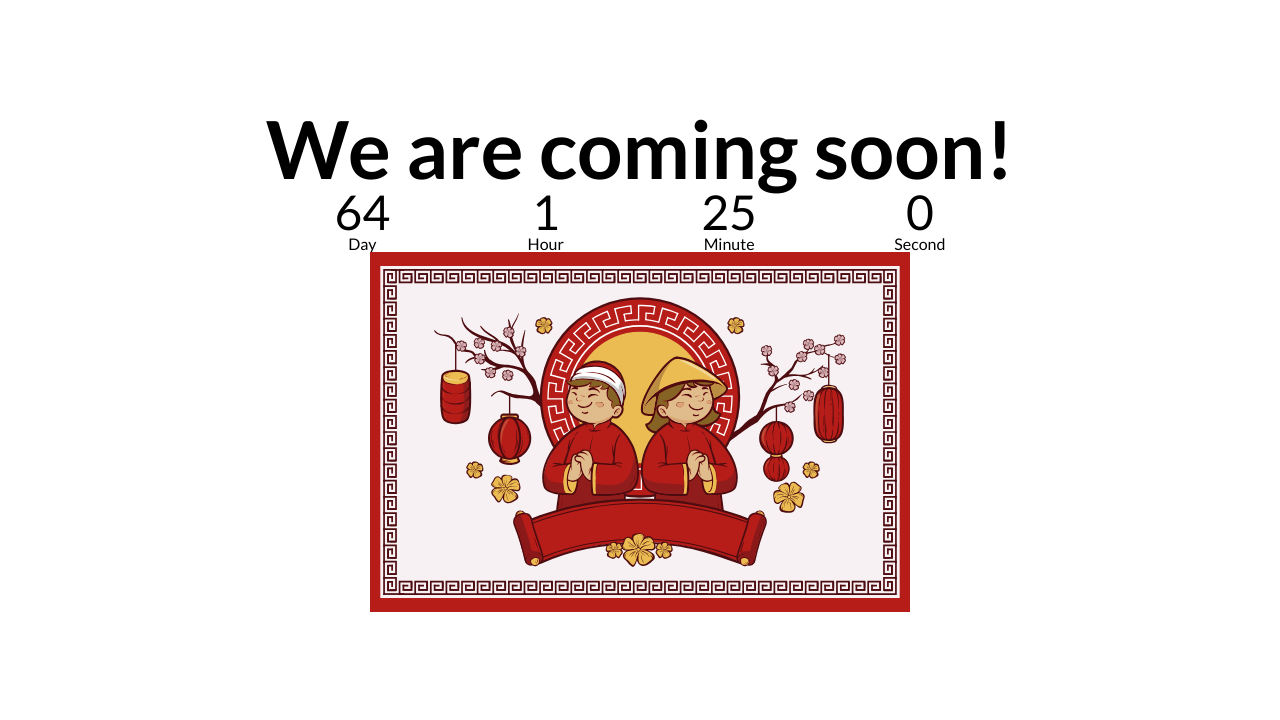
Repository: VuKh4nh/50Days_Por
Page: Day3 - Count_Down/indexl.html
An editor plug-in stored every save of this project. The page is shown before and after the next save, followed by the edit.
The browser window is 1280 px wide. The pictures show the whole page.

Above is the page before, as saved 2023-12-09 00:46:48.

After the next save:
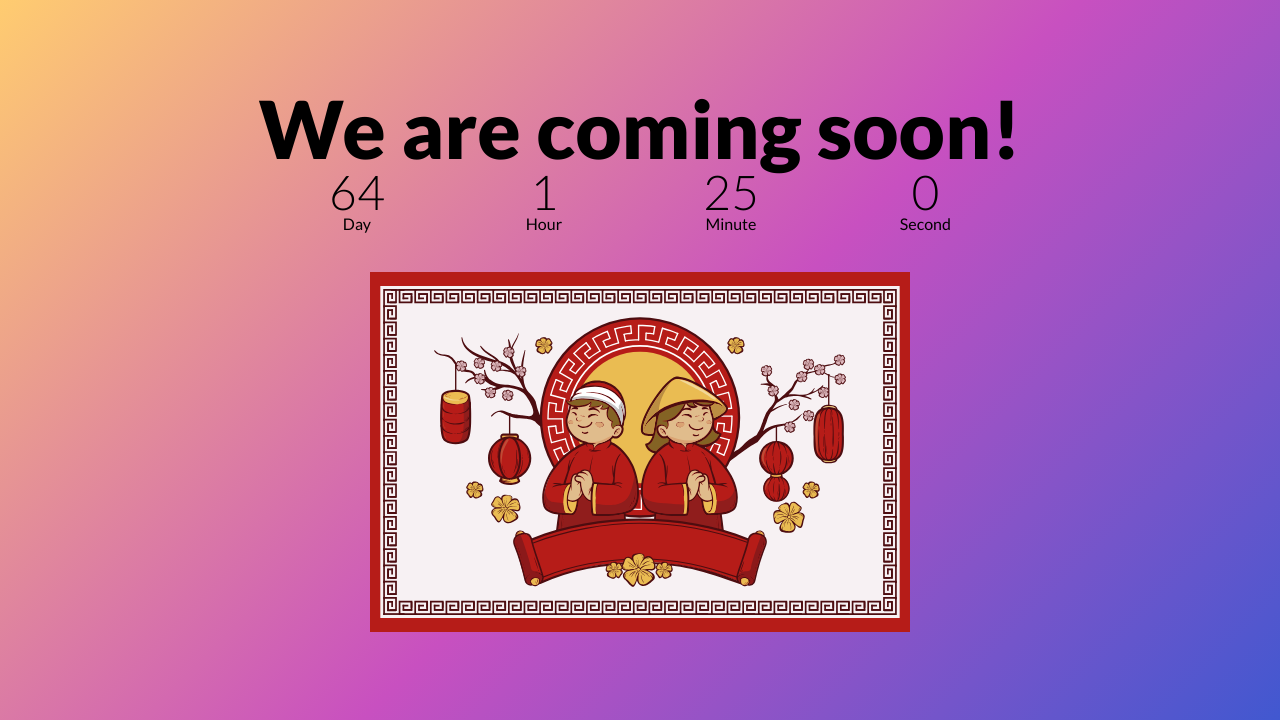
Saved 20 min 47 s later.
--- a/Day3 - Count_Down/assets/css/styles.css
+++ b/Day3 - Count_Down/assets/css/styles.css
@@ -9,7 +9,7 @@ body {
 
 h2 {
     font-size: 5rem;
-    font-weight: 700;
+    font-weight: 900;
 }
 
 .coming-soon {
@@ -18,6 +18,13 @@ h2 {
     align-items: center;
     flex-direction: column;
     justify-content: center;
+    background-color: #4158d0;
+    background-image: linear-gradient(
+        315deg,
+        #4158d0 0%,
+        #c850c0 46%,
+        #ffcc70 100%
+    );
 }
 
 .countdown {
@@ -31,9 +38,14 @@ h2 {
 .minute,
 .second {
     font-size: 3rem;
-    font-weight: 400;
+    font-weight: 300;
 }
 
+.countdown .text {
+    font-weight: 700;
+}
+/* ====== img ====== */
 .waiting {
+    margin-top: 40px;
     height: 50vh;
 }
